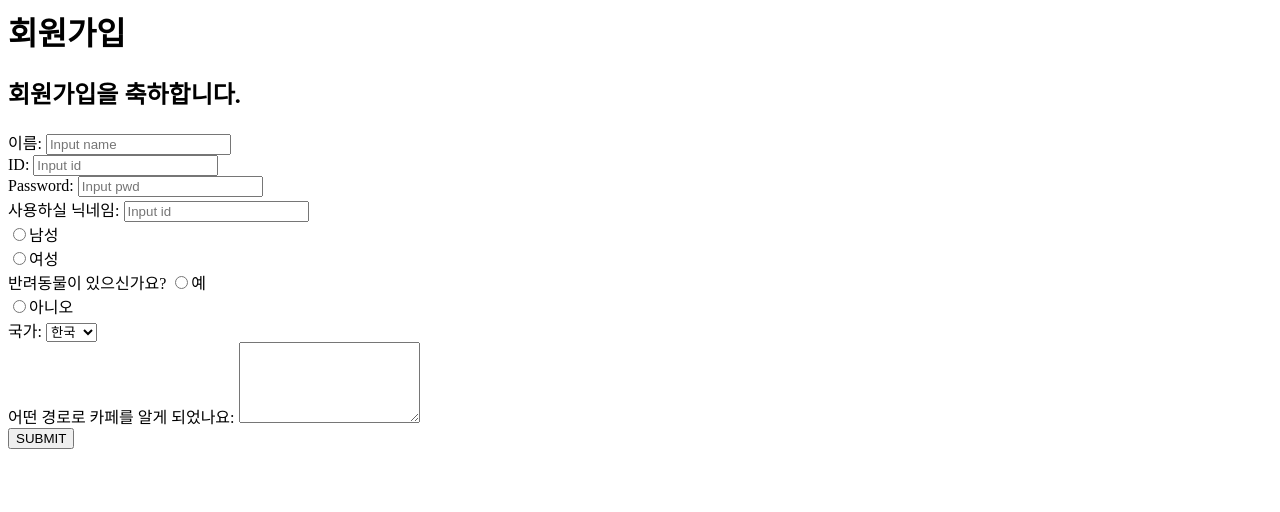
Repository: sangeun100/html
Page: http://localhost/login/register
The author's editor kept a copy of each file at every save. The page is drawn from the files as they stood at one save, then again after the next save.
The browser window is 1280 px wide. The pictures show the whole page.
The page is this project's Thymeleaf template; nobody is signed in. The template is opened directly, without the code that normally fills it, so the values that code supplies are empty.

Above is the page before, as saved 2022-05-24 00:04:35.
Console error: ReferenceError: $ is not defined

### day061/src/main/resources/templates/login/register.html
<meta charset="UTF-8">


<script>
/* function checkid(id) {
	$.ajax({
		url:'checkid',
		data:{'id':id},
		success:function(data){
		if(data == '1') {
			$('#iid').text('사용가능 합니다.');
		}else {
			$('#iid').text('사용 불가능 합니다.');
		}
	  }
	});
}; */
$(document).ready(function () {
	$('input[name="name"]').keyup(function () { // 이름은 3자리 이상이어야 함
		var id = $(this).val();
		if (id.length < 3) {
			$('#sname').text('3자리 이상이어야 합니다.');
		  }else { //3자리 이상이면 서버에 전송
			  $('#sname').text('');
		  }
	$('input[name="id"]').keyup(function () {
		var id = $(this).val();
		if (id.length < 3) {
			$('#iid').text('3자리 이상이어야 합니다.');
			 }else {
				 $('#iid').text('');
				//checkid(id); //ajax에서 aaaa~ cccc 는 사용 불가 아이디
		}

	$('button').attr('disabled','disabled'); // 다 입력안하면 클릭불가
	$('button').click(function () {

		$('#register_form1').attr({ //등록페이지 받아오기, 제출
			'action':'register_form1impl',
			'method':'post'
		});
		$('#register_form1').submit();
		});
	$('button').removeAttr('disabled'); // 다 입력하면 클릭 가능
	});
  });
});
</script>
<h1>회원가입</h1>

<div>
<h2>회원가입을 축하합니다.</h2>
<form id="register_form1">
<!-- 이름칸 -->
<div class="form-group">
	  <label for="name">이름:</label>
	  <input type="text" name="name" class="form-control" id="name" placeholder="Input name">
      <span id="sname"></span>
	</div>
<!-- 아이디칸 -->
<div class="form-group">
	  <label for="id">ID:</label>
	  <input type="text" name="id" class="form-control" id="id" placeholder="Input id">
      <span id="iid"></span>
	</div>
<!-- 비밀번호 칸  -->
	<div class="form-group">
	  <label for="pwd">Password:</label>
	  <input type="password" name="pwd" class="form-control" id="pwd" placeholder="Input pwd">
	  <span id="pwd" class="help-block"></span>
	</div>
<!-- 닉네임칸 -->
<div class="form-group">
	  <label for="id">사용하실 닉네임:</label>
	  <input type="text" name="id" class="form-control" id="id" placeholder="Input id">
      <span id="iid"></span>
	</div>
<!-- 성별-->
	<div class="radio">
	  <label><input type="radio" name="optradio2" value="op2">남성</label>
	<span id="optradio2"></span></div>
	<div class="radio">
	  <label><input type="radio" name="optradio3" value="op3">여성</label>
	<span id="optradio3"></span></div>
<!-- 반려동물 여부-->
	<div class="radio">반려동물이 있으신가요?
	  <label><input type="radio" name="optradio2" value="op2">예</label>
	<span id="optradio2"></span></div>
	<div class="radio">
	  <label><input type="radio" name="optradio3" value="op3">아니오</label>
	<span id="optradio3"></span></div>
<!-- 국가 -->
<div class="form-group">
	  <label for="sel">국가:</label>
	  <select class="form-control" id="sel" name="sel">
	    <option value="1">한국</option>
	    <option value="2">미국</option>
	    <option value="3">일본</option>
	    <option value="3">중국</option>
	    <option value="4">그 외</option>
	  </select>
	<span id="sel" class="help-block"></span>
	</div>
<!-- 코멘트 -->
<div class="form-group">
  <label for="comment">어떤 경로로 카페를 알게 되었나요:</label>
  <textarea class="form-control" rows="5" id="comment" name="comment"></textarea>
 <span id="comment" class="help-block"></span>
 </div>
<button id="register_bt" type="button">SUBMIT</button>
</form>
</div>

After the next save:
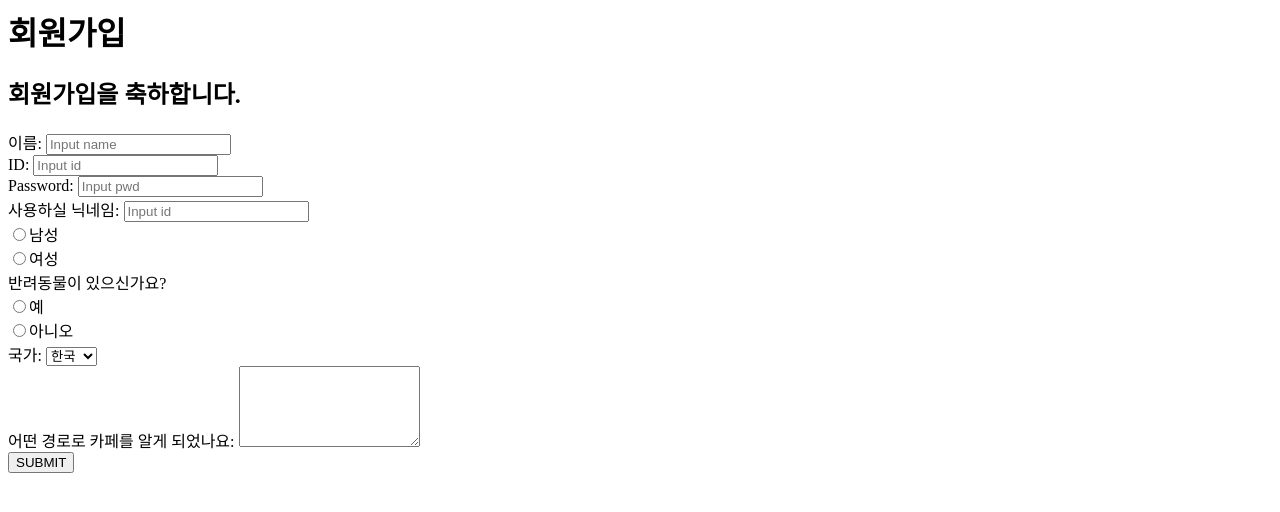
Saved 69 s later.
--- a/day061/src/main/resources/templates/login/register.html
+++ b/day061/src/main/resources/templates/login/register.html
@@ -83,7 +83,7 @@
 	  <label><input type="radio" name="optradio3" value="op3">여성</label>
 	<span id="optradio3"></span></div>
 <!-- 반려동물 여부-->
-	<div class="radio">반려동물이 있으신가요?
+	<div class="radio"> <div>반려동물이 있으신가요?</div>
 	  <label><input type="radio" name="optradio2" value="op2">예</label>
 	<span id="optradio2"></span></div>
 	<div class="radio">

After the save that followed:
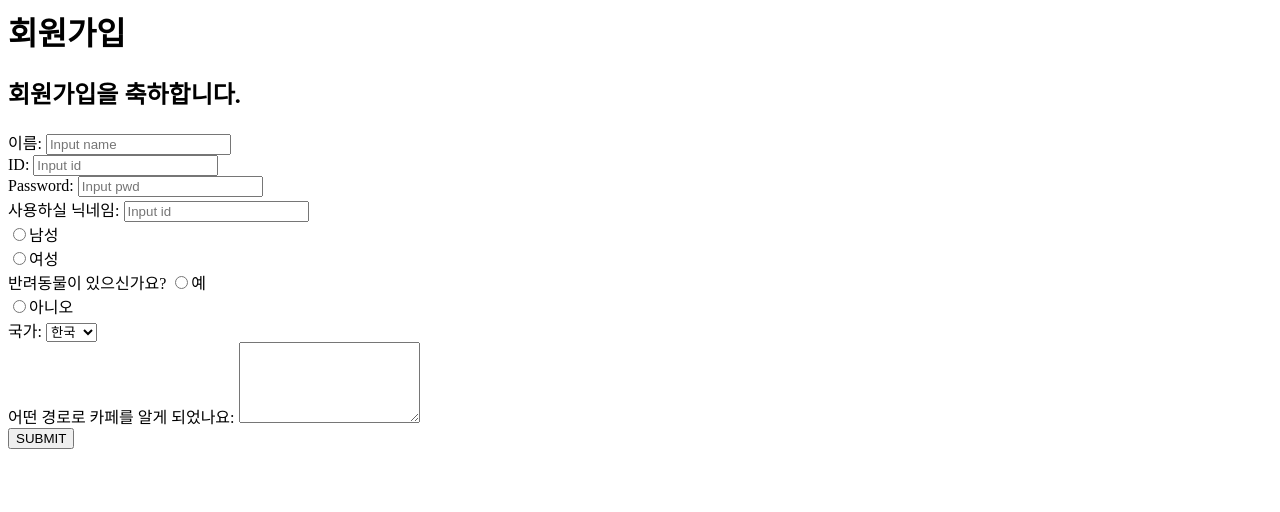
Saved 2 min 40 s later.
--- a/day061/src/main/resources/templates/login/register.html
+++ b/day061/src/main/resources/templates/login/register.html
@@ -83,7 +83,7 @@
 	  <label><input type="radio" name="optradio3" value="op3">여성</label>
 	<span id="optradio3"></span></div>
 <!-- 반려동물 여부-->
-	<div class="radio"> <div>반려동물이 있으신가요?</div>
+	<div class="radio"><label>반려동물이 있으신가요?</label>
 	  <label><input type="radio" name="optradio2" value="op2">예</label>
 	<span id="optradio2"></span></div>
 	<div class="radio">
